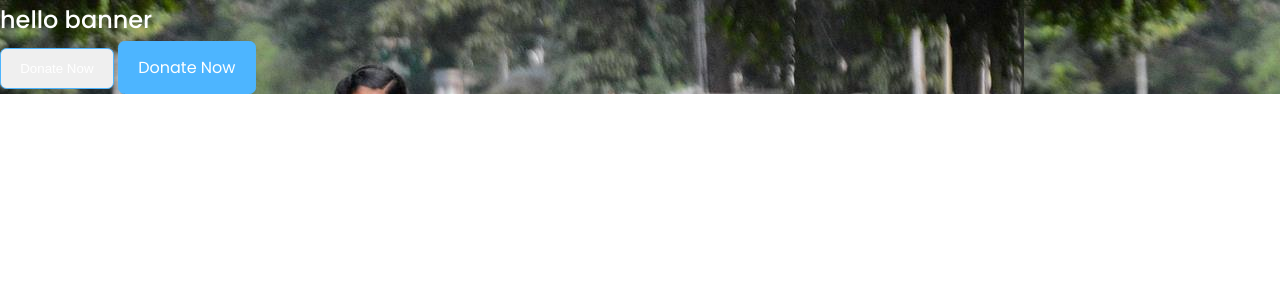
Repository: mdrubel02/donate-website
Page: index.html
These files come from the project's save history. The page is drawn as it stood at one moment and after the next save; the edit follows.
The browser window is 1280 px wide. The pictures show the whole page.

Above is the page before, as saved 2022-07-06 11:11:04.

After the next save:
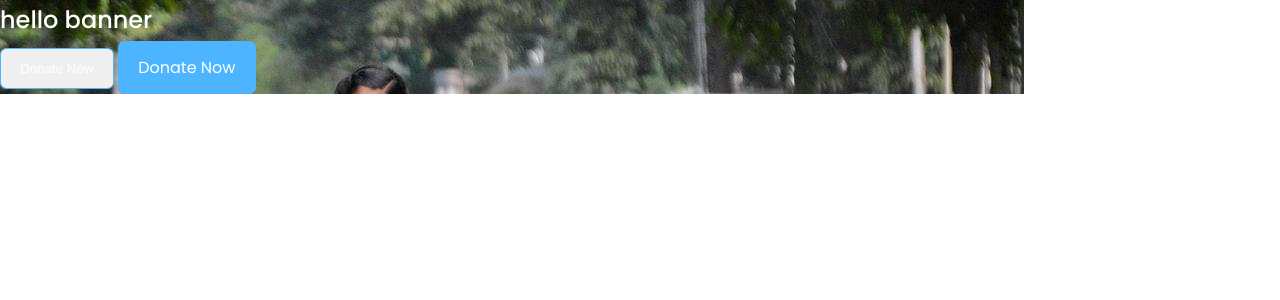
Saved 100 s later.
--- a/index.css
+++ b/index.css
@@ -78,5 +78,6 @@ a:hover {
 /* ========BANNER SECTION STYLE======== */
 
 .top-banner{
-    background-image: url(./images/donation4.jpg);
+    background-image: url('./images/donation4.jpg');
+    background-repeat: no-repeat;
 }
